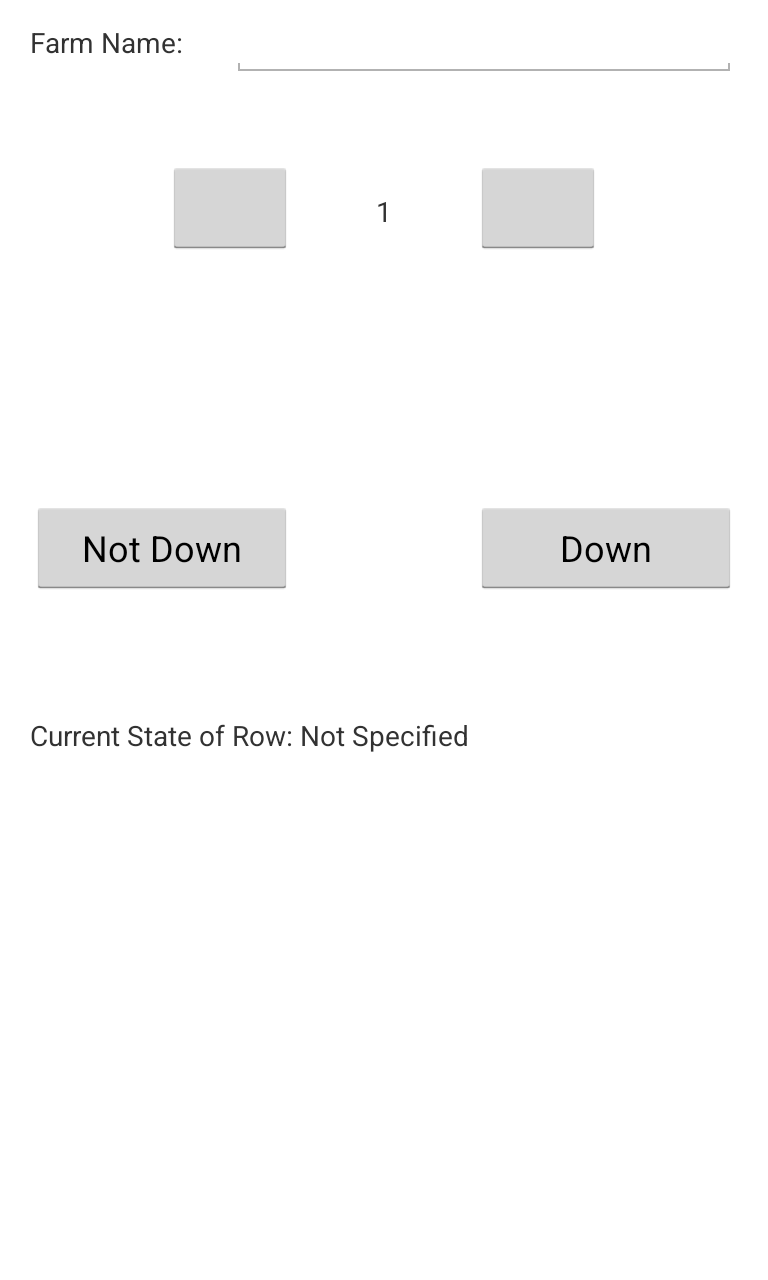
Repository: cokembel/FarmHand
Layout: FarmHand/res/layout/activity_main.xml
An editor plug-in stored every save of this project. The layout is shown before and after the next save, followed by the edit.
It is drawn on a 768 x 1280 px phone screen (xhdpi) without system bars, with theme AppTheme; the app's code is not run.

Above is the layout before, as saved 2012-12-05 10:52:57.

After the next save:
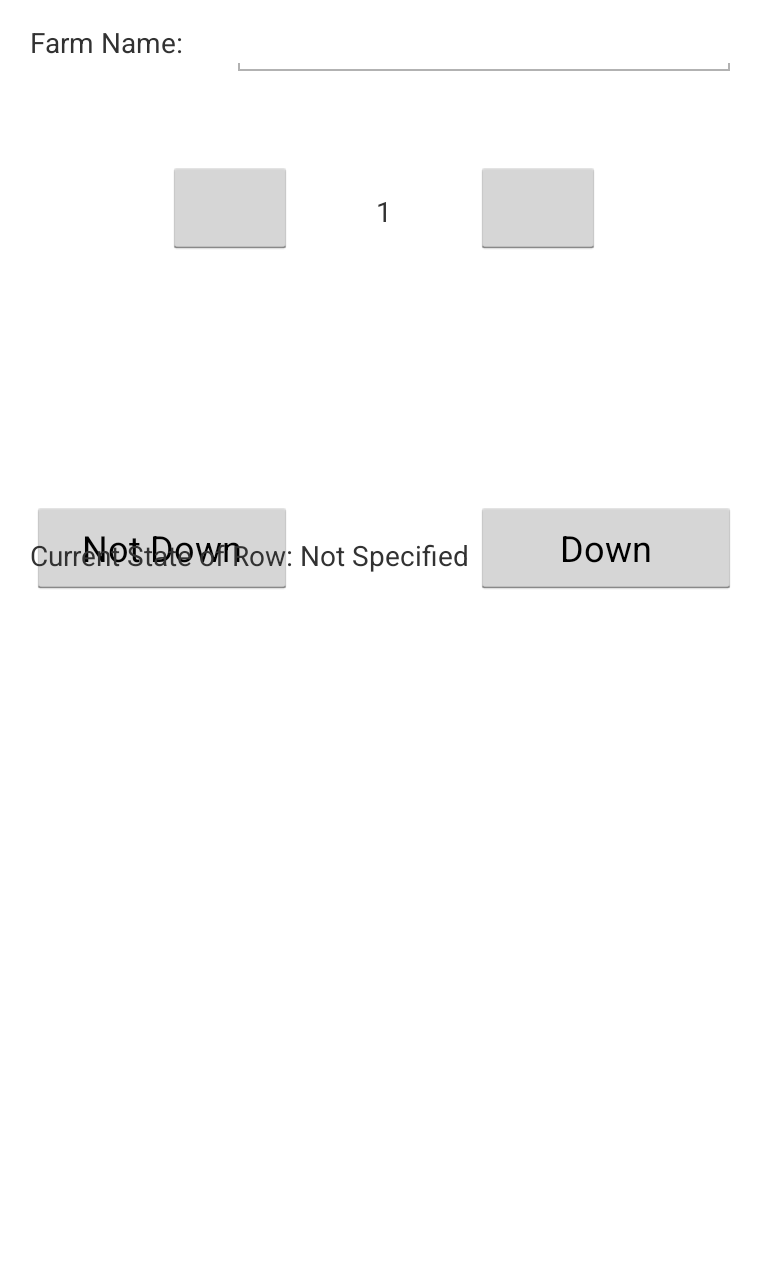
Saved 10 s later.
--- a/FarmHand/res/layout/activity_main.xml
+++ b/FarmHand/res/layout/activity_main.xml
@@ -86,7 +86,7 @@
                 android:layout_height="wrap_content"
                 android:layout_alignLeft="@+id/farm_label"
                 android:layout_below="@+id/prev_row_button"
-                android:layout_marginTop="230dp"
+                android:layout_marginTop="140dp"
                 android:text="@string/status"/>
 
         </RelativeLayout>
